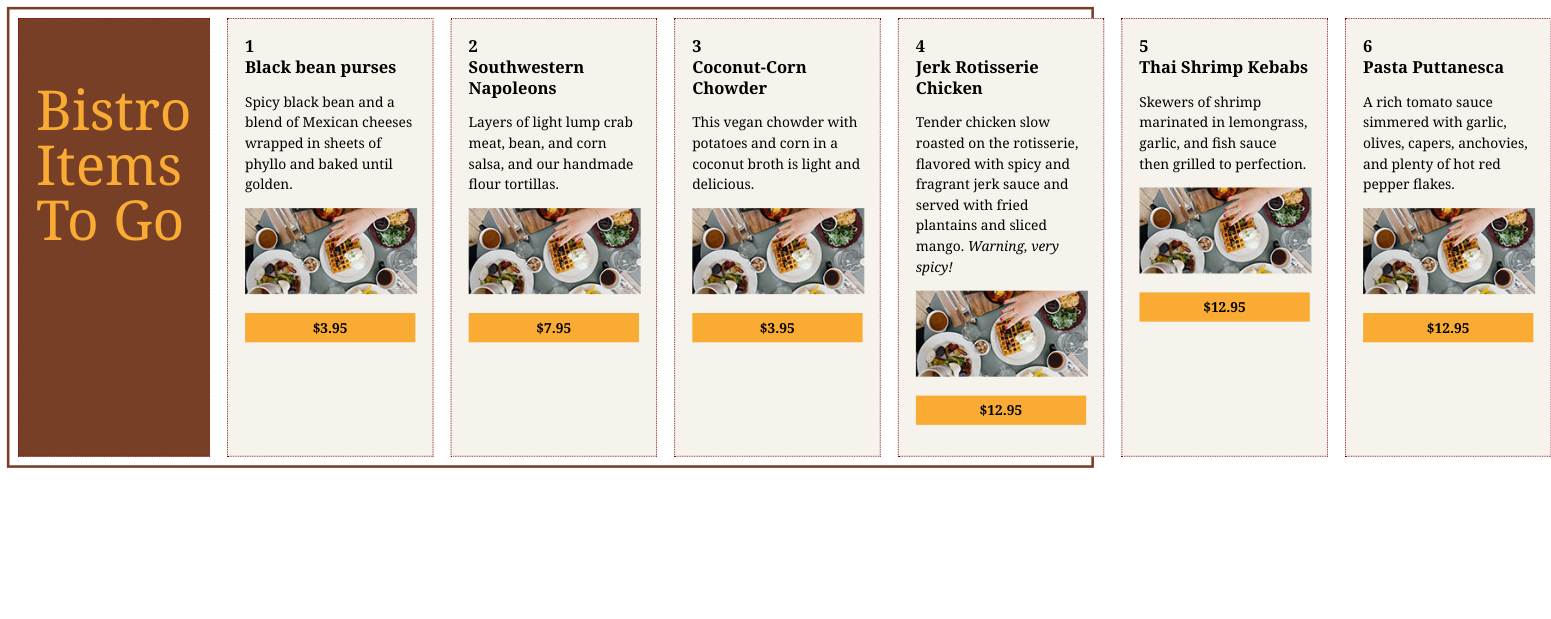
Repository: Colo-Codes/code-practice
Page: 02-css-practice-6.html
The author's editor kept a copy of each file at every save. The page is drawn from the files as they stood at one save, then again after the next save.
The browser window is 1280 px wide. The page is 1804 px wide, then 1280 px, then 1804 px, so the pictures cover 1804 px, including what lies to the right of the window. The pictures show the whole page, at 86% of full size.

Above is the page before, as saved 2021-05-13 10:55:33.

### 02-css-practice-6.html
<!doctype html>
<html>

<head>
  <meta charset="UTF-8">
  <title>Flexbox Product Listing Exercise</title>

  <style>
    html {
      box-sizing: border-box;
    }

    *,
    *:before,
    *:after {
      box-sizing: inherit;
    }

    body {
      font-family: Georgia, serif;
      line-height: 1.5em;
    }

    h1 {
      font-size: 4em;
      font-weight: normal;
    }

    h2 {
      font-size: 1.2em;
      margin-top: 0;
    }

    #menu {
      border: 3px solid #783F27;
      display: flex;
    }

    section {
      background: #F6F3ED;
      margin: 10px;
      padding: 20px;
      border: 1px dotted maroon;
      width: 240px;
    }

    .title {
      background-color: #783F27;
      color: #F9AB33;
      line-height: 4em;
    }

    .price {
      font-weight: bold;
      background: #F9AB33;
      padding: 5px;
      width: 100%;
      text-align: center;
    }
  </style>

</head>

<body>
  <div id="menu">
    <section class="title">
      <h1>Bistro Items To Go</h1>
    </section>

    <section class="dish">
      <h2>1<br>Black bean purses</h2>
      <p class="info">Spicy black bean and a blend of Mexican cheeses wrapped in sheets of phyllo and baked until
        golden.</p>
      <p class="photo"><img src="./assets/img/table.jpg" alt=""></p>
      <p class="price">$3.95</p>
    </section>

    <section class="dish">
      <h2>2<br>Southwestern Napoleons</h2>
      <p class="info">Layers of light lump crab meat, bean, and corn salsa, and our handmade flour tortillas.</p>
      <p class="photo"><img src="./assets/img/table.jpg" alt=""></p>
      <p class="price">$7.95</p>
    </section>

    <section class="dish">
      <h2>3<br>Coconut-Corn Chowder</h2>
      <p class="info">This vegan chowder with potatoes and corn in a coconut broth is light and delicious.</p>
      <p class="photo"><img src="./assets/img/table.jpg" alt=""></p>
      <p class="price">$3.95</p>
    </section>

    <section class="dish">
      <h2>4<br>Jerk Rotisserie Chicken</h2>
      <p class="info">Tender chicken slow roasted on the rotisserie, flavored with spicy and fragrant jerk sauce and
        served with fried plantains and sliced mango. <em>Warning, very spicy!</em></p>
      <p class="photo"><img src="./assets/img/table.jpg" alt=""></p>
      <p class="price">$12.95</p>
    </section>

    <section class="dish">
      <h2>5<br>Thai Shrimp Kebabs</h2>
      <p class="info">Skewers of shrimp marinated in lemongrass, garlic, and fish sauce then grilled to perfection.</p>
      <p class="photo"><img src="./assets/img/table.jpg" alt=""></p>
      <p class="price">$12.95</p>
    </section>

    <section class="dish">
      <h2>6<br>Pasta Puttanesca</h2>
      <p class="info">A rich tomato sauce simmered with garlic, olives, capers, anchovies, and plenty of hot red pepper
        flakes.</p>
      <p class="photo"><img src="./assets/img/table.jpg" width="200" height="100" alt=""></p>
      <p class="price">$12.95</p>
    </section>


  </div>

</body>

</html>

After the next save:
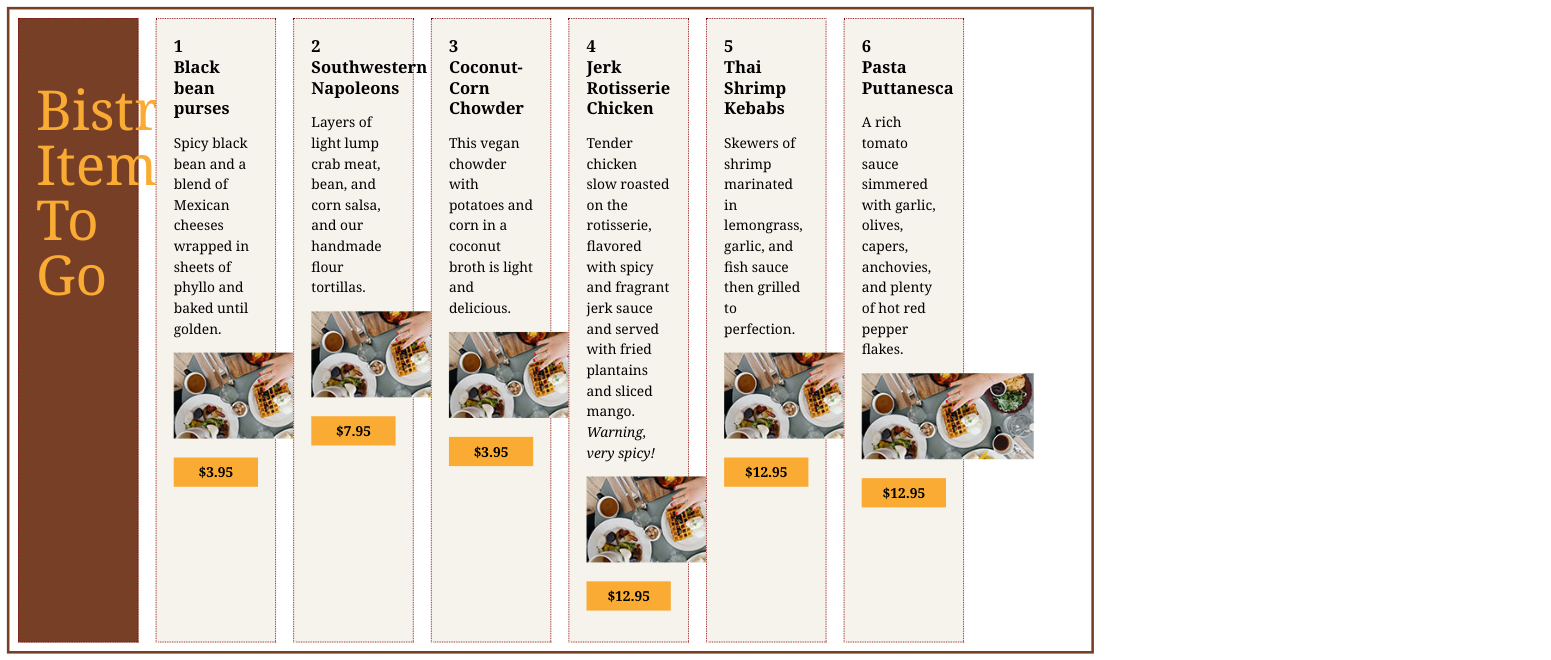
Saved 24 s later.
--- a/02-css-practice-6.html
+++ b/02-css-practice-6.html
@@ -41,7 +41,7 @@
       margin: 10px;
       padding: 20px;
       border: 1px dotted maroon;
-      width: 240px;
+      width: 140px;
     }
 
     .title {

After the 2 saves that followed:
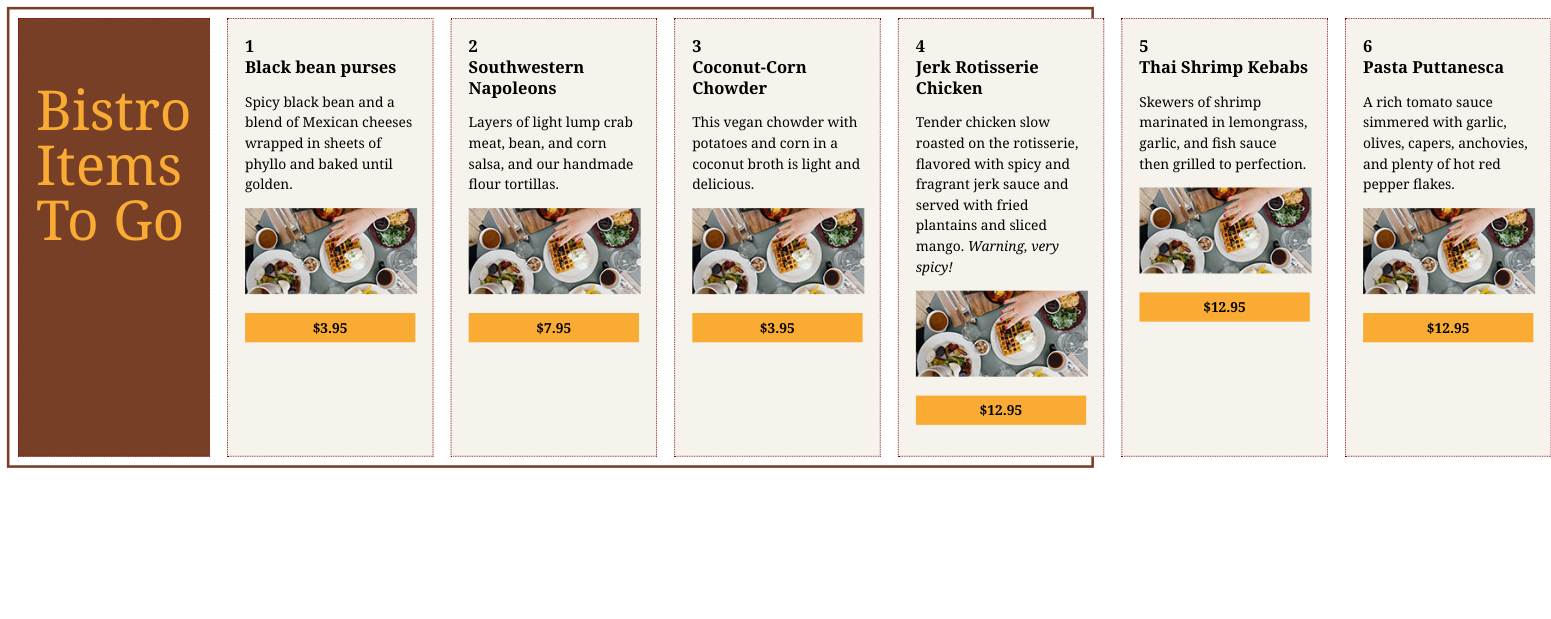
The 2 saves are shown as one change because they came seconds apart.
The last was saved 6 s later.
--- a/02-css-practice-6.html
+++ b/02-css-practice-6.html
@@ -41,7 +41,7 @@
       margin: 10px;
       padding: 20px;
       border: 1px dotted maroon;
-      width: 140px;
+      width: 240px;
     }
 
     .title {
